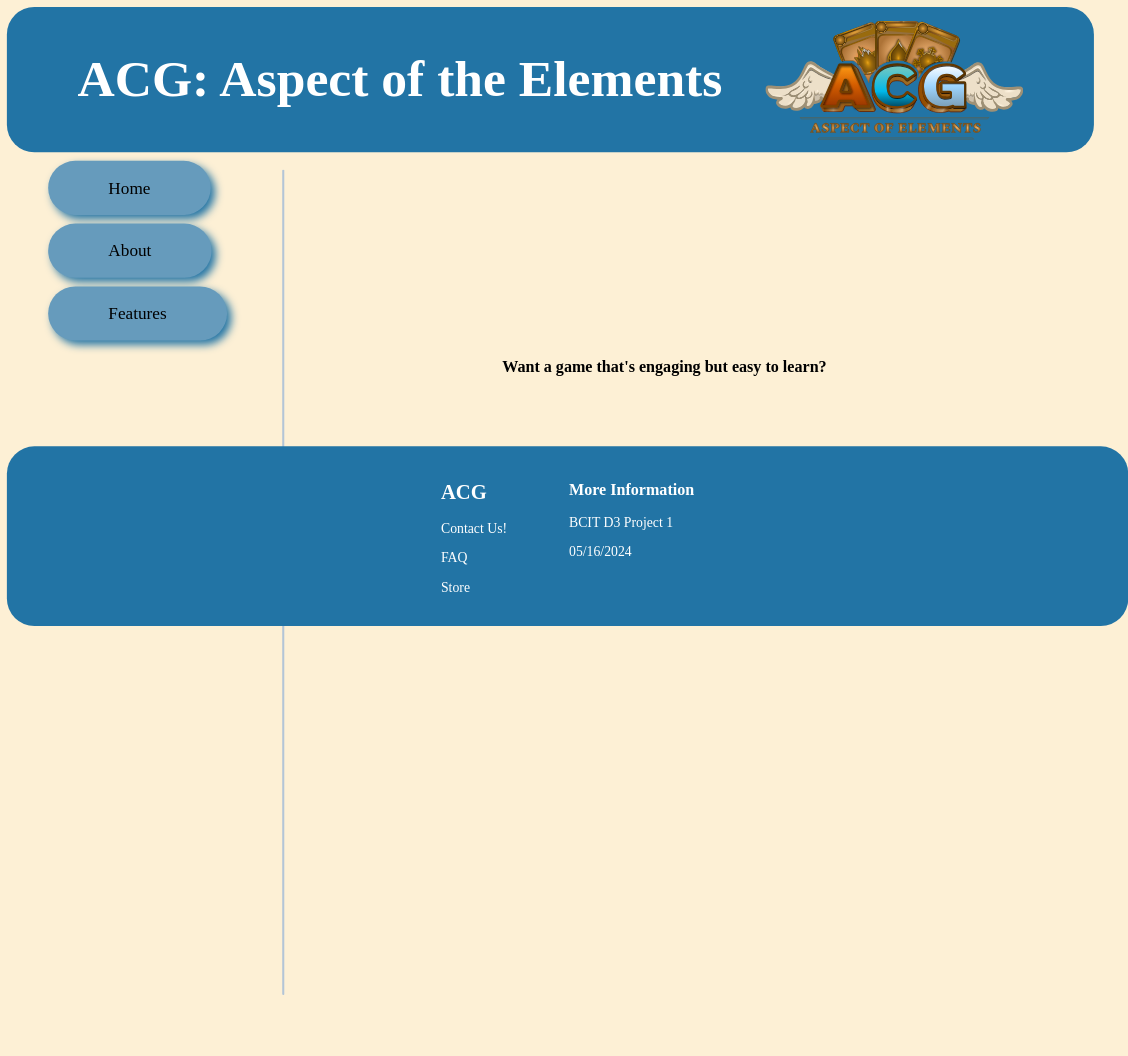
Repository: Delukalgh/ACG
Page: Features.html
These files come from the project's save history. The page is drawn as it stood at one moment and after the next save; the edit follows.
The browser window is 1280 px wide. The page is 1312 px wide, so the pictures cover 1312 px, including what lies to the right of the window. The pictures show the whole page, at 86% of full size.

Above is the page before, as saved 2024-05-15 15:22:13.

### Features.html
<!DOCTYPE html>
<html lang="en">

<head>
  <meta charset="UTF-8">
  <meta name="viewport" content="width=device-width, initial-scale=1.0">
  <meta http-equiv="X-UA-Compatible" content="ie=edge">
  <title>ACG Home Page</title>
  <link rel="stylesheet" href="features-style.css">
</head>

<body>
  <script src="index.js"></script>
  <div class="main-container">
    <div class="header-container">
      <h1 class="acg-header">ACG: Aspect of the Elements</h1>
      <img class="acg-logo" src="images/ACG-Logo.svg" alt="acg logo" style="width: 300px;" />
    </div>
    <div class="vertical-line"></div>

    <!--Side Menu-->
    <div class="buttons-container">
      <div class="button">
        <a class="link" href="index.html">
          <button class="about-page">Home</button>
        </a>
      </div>
    <div class="button">
      <a class="link" href="about.html">
        <button class="about-page">About</button>
      </a>
    </div>
    <div class="button">
      <a class="link" href="features.html">
        <button class="about-page">Features</button>
      </a>
    </div>
    </div>

    <!--Content-->
    <div class="features-container">
      <div class="content">
      <h3>Want a game that's engaging but easy to learn?</h3>
      </div>
    </div>

    <!--Footer-->
    <div class="footer-container">
      <div class="footer-group-1">
        <h2>ACG</h2>
        <p>Contact Us!</p>
        <p>FAQ</p>
        <p>Store</p>
      </div>

      <div class="footer-group-2">
        <h3>More Information</h3>
        <p>BCIT D3 Project 1</p>
        <p>05/16/2024</p>
      </div>
    </div>
  </div>
</body>

</html>

### features-style.css
body {
  background-color: #FDF0D5;
}

.main-container {
  position: relative;
  min-height: 100vh;
}
.header-container {
  display: flex;
  background-color: #2274A5;
  padding: 10px;
  justify-content: center;
  border-radius: 32px;
}

.acg-header {
  color: white;
  font-family: cursive;
  font-size: 60px;
}

.acg-logo {
  display: flex;
  margin-left: 50px;
}

.vertical-line {
  border-left: 3px solid #B3C5D7;
  height: 60em;
  position:absolute;
  margin-left: 20em;
  border-radius: 32px;
  margin-top: 20px;
}

.button {
  display: flex;
  justify-content: center;
  margin-top: 10px;
  justify-content: left;
  margin-left: 3em;
}

.about-page {
  display: flex;
  background-color: #669BBC;
  padding: 20px 70px;
  border-radius: 32px;
  border: none;
  font-size: 20px;
  font-family: cursive;
  box-shadow: 5px 5px 10px #2274A5;
  cursor: pointer;
}

.link {
  text-decoration: none;
}

.footer-container {
  display: flex;
  background-color: #2274A5;
  padding: 20px;
  justify-content: center;
  border-radius: 32px;
  position:absolute;
  bottom: 0;
  width: 100%;
  color: white;
  font-family: cursive;
}

.footer-group-1 {
margin-right: 10vh;
}

.features-container {
  margin-left: 80vh;

}

Loaded but not shown: index.js (no stored copy; drawn as an empty file)

After the next save:
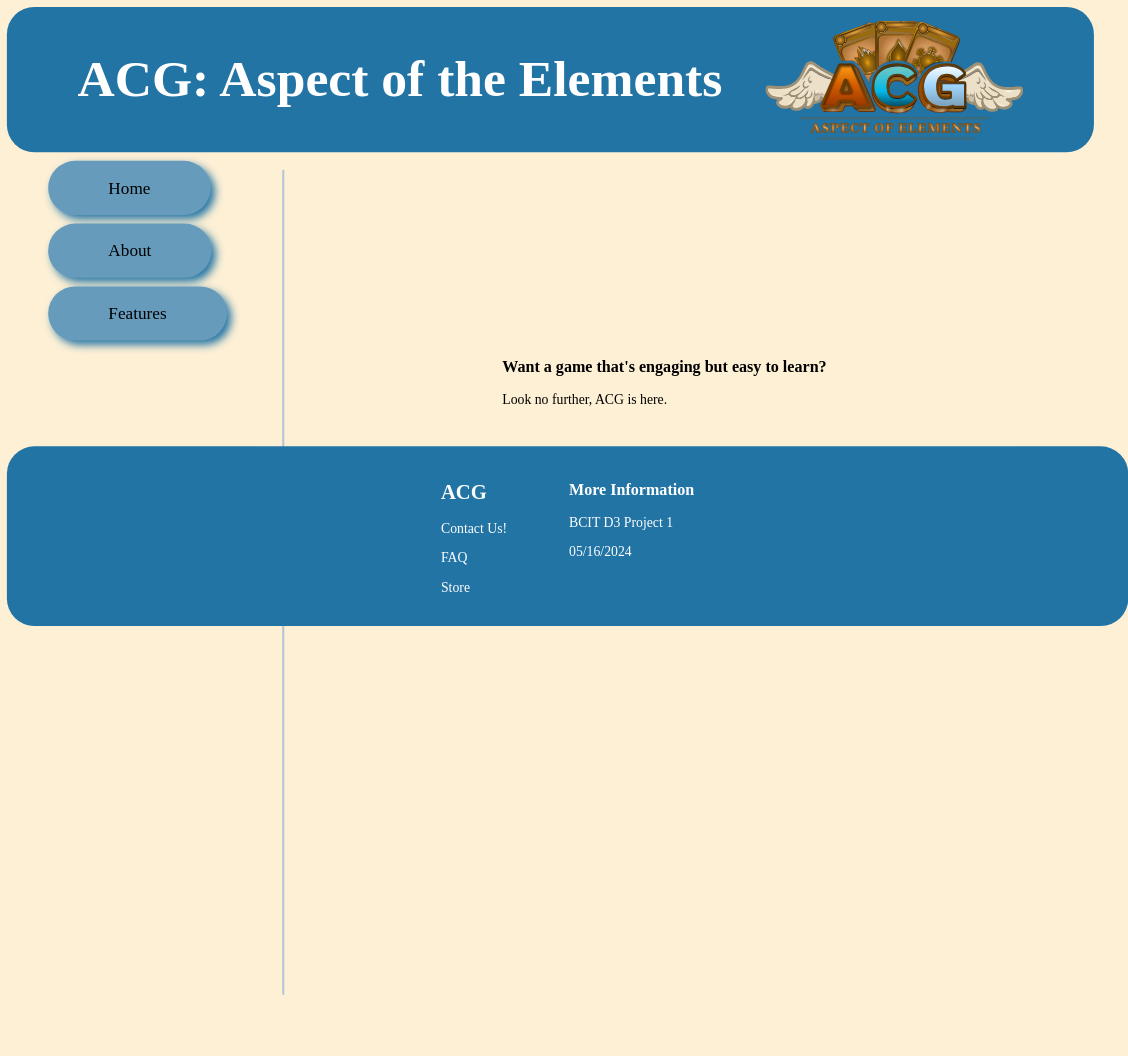
Saved 24 s later.
--- a/Features.html
+++ b/Features.html
@@ -41,6 +41,7 @@
     <div class="features-container">
       <div class="content">
       <h3>Want a game that's engaging but easy to learn?</h3>
+      <p>Look no further, ACG is here.</p>
       </div>
     </div>
 
